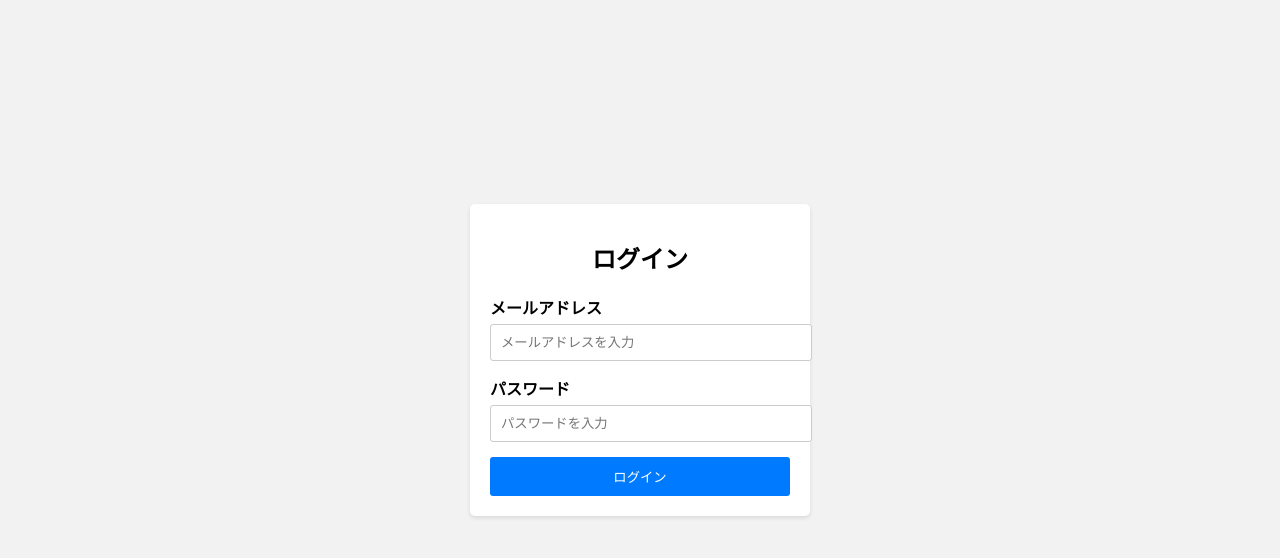
Repository: Jutta197/blog_0815
Page: src/main/resources/static/login.html
The author's editor kept a copy of each file at every save. The page is drawn from the files as they stood at one save, then again after the next save.
The browser window is 1280 px wide. The pictures show the whole page.

Above is the page before, as saved 2023-08-15 12:13:24.

### src/main/resources/static/login.html
<!DOCTYPE html>
<html lang="ja">

<head>
    <meta charset="UTF-8">
    <meta name="viewport" content="width=device-width, initial-scale=1.0">
    <title>ログイン</title>
    <link rel="stylesheet" href="login.css">
    <link rel="stylesheet" href="login.css">
</head>

<body>
    <div class="container">
        <form action="" method="post">
            <h1>ログイン</h1>
            <label for="email">メールアドレス</label>
            <input type="text" id="email" name="email" placeholder="メールアドレスを入力" required>
            <label for="password">パスワード</label>
            <input type="password" id="password" name="password" placeholder="パスワードを入力">
            <input type="submit" value="ログイン" id="submit-button">
        </form>
    </div>
</body>

</html>

### src/main/resources/static/login.css
body {
    font-family: Arial, sans-serif;
    background-color: #f2f2f2;
    margin: 0;
    padding: 0;
    display: flex;
    justify-content: center;
    align-items: center;
    min-height: 100vh;
}

.container {
    background-color: #fff;
    padding: 20px;
    border-radius: 5px;
    box-shadow: 0 2px 4px rgba(0, 0, 0, 0.1);
    width: 300px;
}

.container h1 {
    font-size: 24px;
    margin-bottom: 20px;
    text-align: center;
}

label {
    display: block;
    font-weight: bold;
    margin-bottom: 5px;
}

input[type="text"],
input[type="password"] {
    width: 100%;
    padding: 10px;
    margin-bottom: 15px;
    border: 1px solid #ccc;
    border-radius: 3px;
}

#submit-button {
    background-color: #007bff;
    color: #fff;
    border: none;
    padding: 10px 20px;
    border-radius: 3px;
    cursor: pointer;
    width: 100%;
}

#submit-button:hover {
    background-color: #0056b3;
}

After the next save:
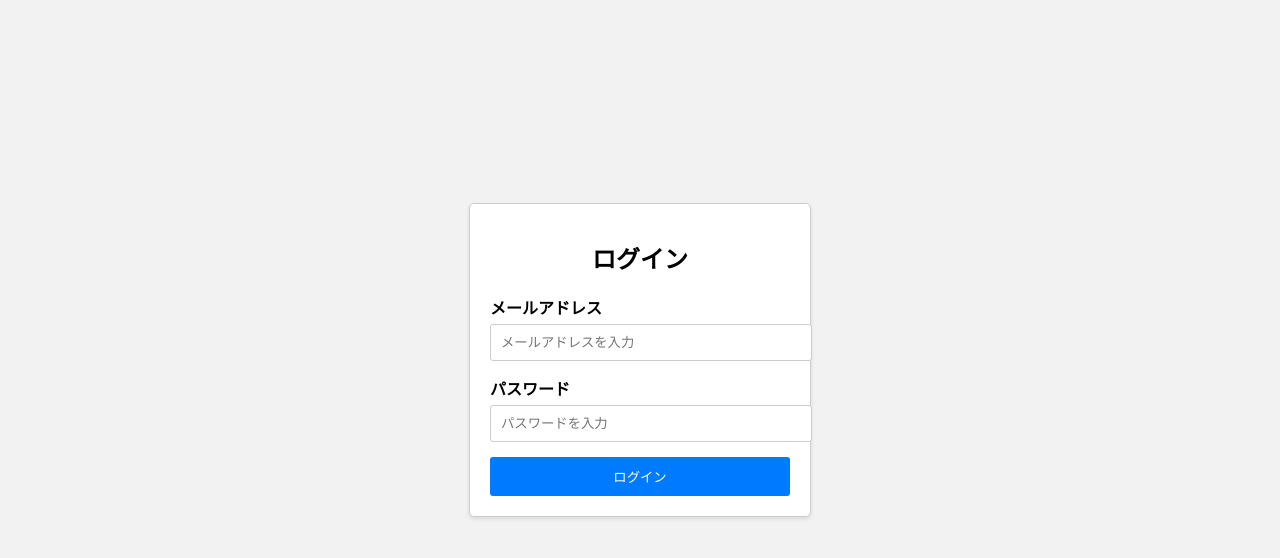
Saved 48 s later.
--- a/src/main/resources/static/login.css
+++ b/src/main/resources/static/login.css
@@ -14,6 +14,7 @@ body {
     padding: 20px;
     border-radius: 5px;
     box-shadow: 0 2px 4px rgba(0, 0, 0, 0.1);
+    border: 1px solid #ccc;
     width: 300px;
 }
 
@@ -36,6 +37,12 @@ input[type="password"] {
     margin-bottom: 15px;
     border: 1px solid #ccc;
     border-radius: 3px;
+    outline: none;
+}
+
+input[type="text"]:focus,
+input[type="password"]:focus {
+    border-color: #007bff;
 }
 
 #submit-button {
